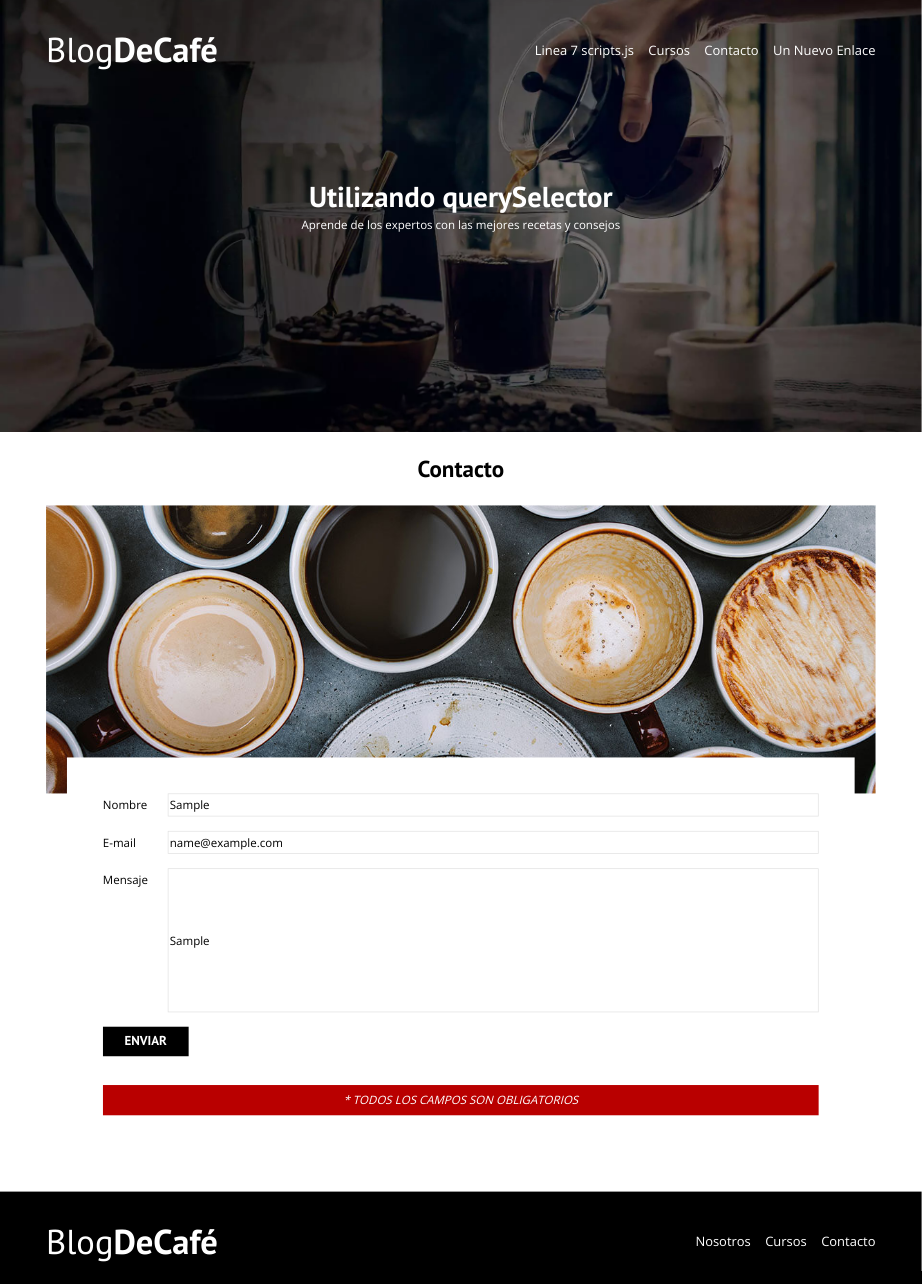
Repository: araque1990/blog_de_cafe
Page: contacto.html
These files come from the project's save history. The page is drawn as it stood at one moment and after the next save; the edit follows.
The browser window is 1280 px wide. The pictures show the whole page, at 72% of full size.
Empty fields were first filled with sample values (such as "Sample", 5 or name@example.com).
After loading, the first visible `form.formulario` was submitted once.

Above is the page before, as saved 2023-01-29 22:55:58.

After the next save:
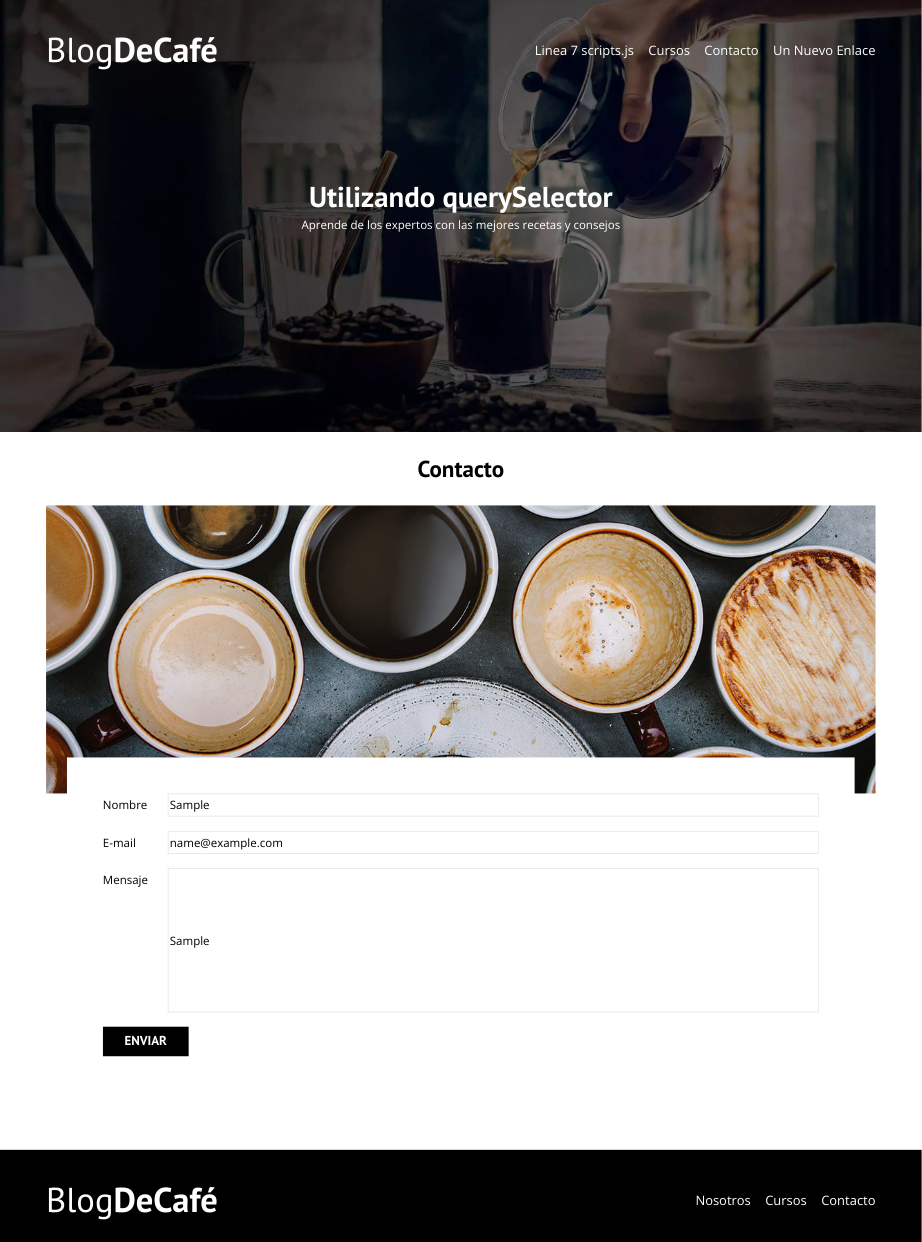
Console error: TypeError: alerta.classList is not a function
Saved 15 min 50 s later.
--- a/js/scripts.js
+++ b/js/scripts.js
@@ -84,10 +84,10 @@
 
   const { nombre, email, mensaje } =  datos;
   if(nombre === '' || email === '' || mensaje === '') { // La validacion principal la hemos hecho en el HTML con el required, este es solo un ejemplo para ver como se hace con JS
-    mostrarError('* Todos los campos son obligatorios');
+    mostrarAlerta('* Todos los campos son obligatorios', 'error');
     return;
-  }else {
-    mostrarValidacion('* Su mensaje ha sido enviado correctamente');
+  } else {
+    mostrarAlerta('* Su mensaje ha sido enviado correctamente');
   }
 
   //Enviar el formulario
@@ -95,10 +95,20 @@
   console.log('Enviando formulario...');
 });
 
+//Mostrar alerta
+function mostrarAlerta(mensaje, error = null) {
+  const alerta = document.createElement('P');
+  alerta.textContent = mensaje;
+
+  if(error) {
+    alerta.classList('error')
+  } else{
+    alerta.classList('enviado')
+  }
+}
+
 // Mostrar error por pantalla
 function mostrarError(mensaje) {
-  const error = document.createElement('P');
-  error.textContent = mensaje;
   error.classList.add('error');
 
   formulario.appendChild(error);
@@ -110,8 +120,6 @@
 }
 
 function mostrarValidacion(mensaje) {
-  const enviado = document.createElement('P');
-  enviado.textContent = mensaje;
   enviado.classList.add('enviado');
 
   formulario.appendChild(enviado);

After the 4 saves that followed:
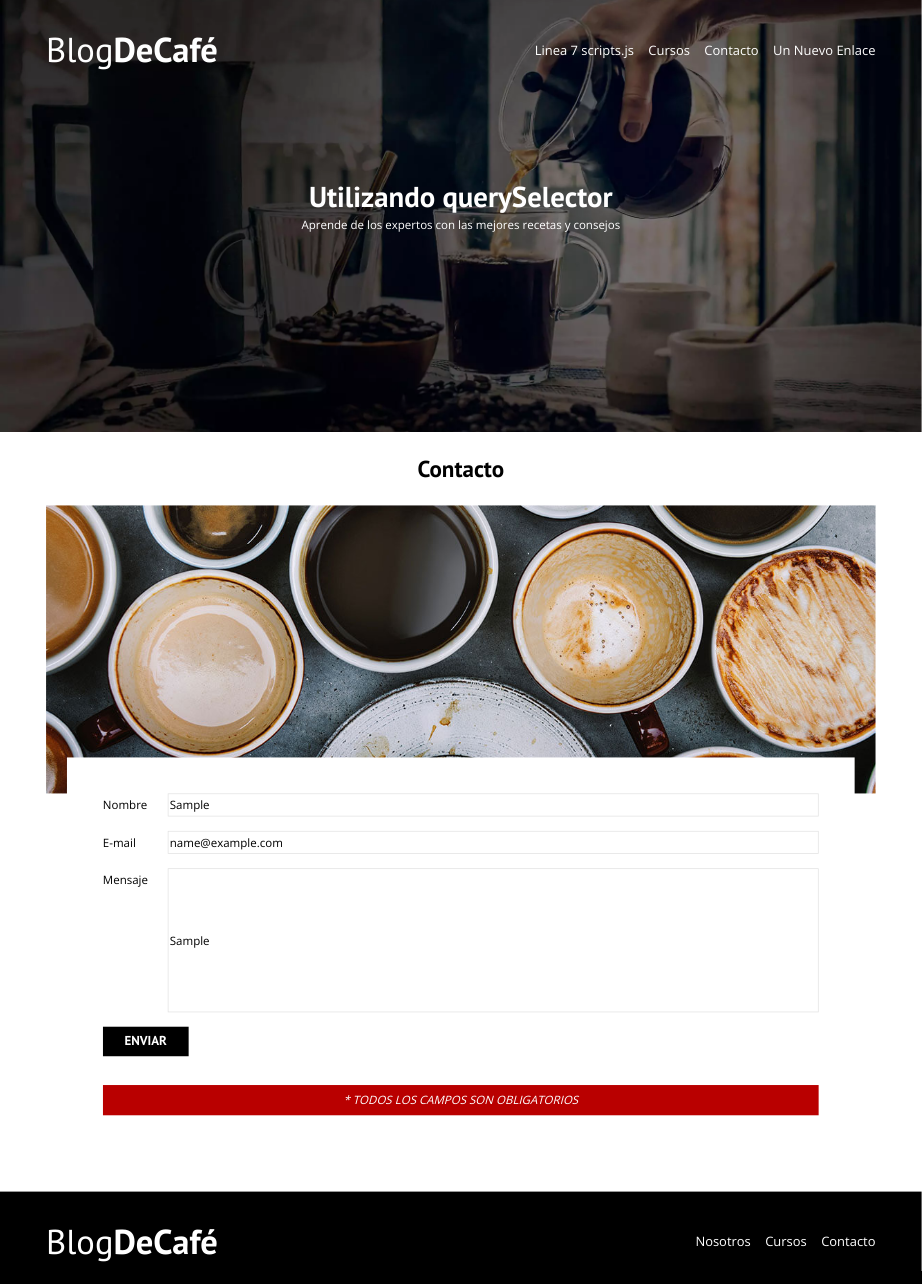
The error is gone.
The 4 saves are shown as one change because 3 left the picture as it was.
The last was saved 13 min 18 s later.
--- a/js/scripts.js
+++ b/js/scripts.js
@@ -84,48 +84,32 @@
 
   const { nombre, email, mensaje } =  datos;
   if(nombre === '' || email === '' || mensaje === '') { // La validacion principal la hemos hecho en el HTML con el required, este es solo un ejemplo para ver como se hace con JS
-    mostrarAlerta('* Todos los campos son obligatorios', 'error');
+    mostrarAlerta('* Todos los campos son obligatorios', true);
     return;
   } else {
     mostrarAlerta('* Su mensaje ha sido enviado correctamente');
   }
 
-  //Enviar el formulario
+  // Enviar el formulario
 
   console.log('Enviando formulario...');
 });
 
-//Mostrar alerta
+// Mostrar alerta
 function mostrarAlerta(mensaje, error = null) {
   const alerta = document.createElement('P');
   alerta.textContent = mensaje;
 
   if(error) {
-    alerta.classList('error')
+    alerta.classList.add('error');
   } else{
-    alerta.classList('enviado')
+    alerta.classList.add('enviado');
   }
-}
 
-// Mostrar error por pantalla
-function mostrarError(mensaje) {
-  error.classList.add('error');
+  formulario.appendChild(alerta);
 
-  formulario.appendChild(error);
-
-  // Desaparecer mensaje de error
+  // Desaparezca después de 2 segundos
   setTimeout(() => {
-    error.remove();
+    alerta.remove();
   }, 2000);
 }
-
-function mostrarValidacion(mensaje) {
-  enviado.classList.add('enviado');
-
-  formulario.appendChild(enviado);
-
-  // Desaparecer mensaje de validacion
-  setTimeout(() => {
-    enviado.remove();
-  }, 2000);
-}
